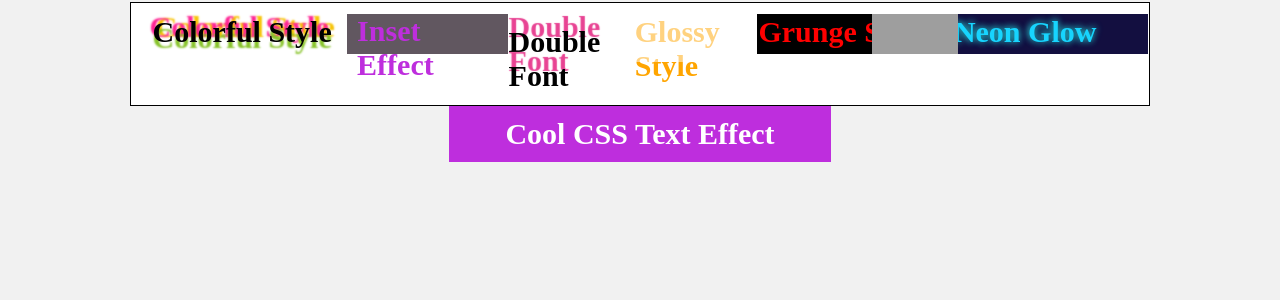
Repository: watermelonfee/HTCNWEB
Page: CSS/Tuan03/Bai2/Bai2b.html
An editor plug-in stored every save of this project. The page is shown before and after the next save, followed by the edit.
The browser window is 1280 px wide. The pictures show the whole page.
Pictures or frames that could not be fetched are drawn as grey boxes.

Above is the page before, as saved 2023-03-13 23:06:42.

After the next save:
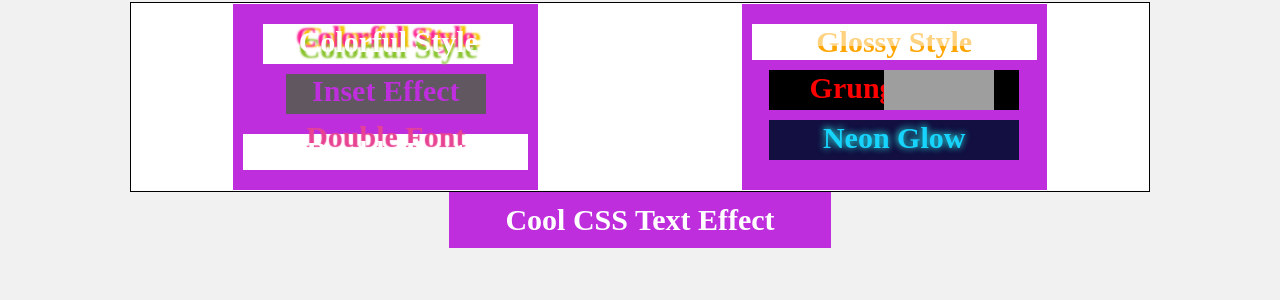
Saved 40 s later.
--- a/CSS/Tuan03/Bai2/Bai2b.html
+++ b/CSS/Tuan03/Bai2/Bai2b.html
@@ -9,21 +9,23 @@
 </head>
 
 <body>
-
-    <div id="content" id="content2">
-        <div id="divID1">Colorful Style</div>
-        <div id="divID2">Inset Effect</div>
-        <div id="divID3">Double Font</div>
-        <div id="divID4">
-            Glossy Style
-            <span id="divID4_span"></span>
+    <div id="content">
+        <div id="content2">
+            <div id="divID1">Colorful Style</div>
+            <div id="divID2">Inset Effect</div>
+            <div id="divID3">Double Font</div>
         </div>
-        <div id="divID5">
-            Grunge Style
-            <span id="divID5_span"></span>
+        <div id="content3">
+            <div id="divID4">
+                Glossy Style
+                <span id="divID4_span"></span>
+            </div>
+            <div id="divID5">
+                Grunge Style
+                <span id="divID5_span"></span>
+            </div>
+            <div id="divID6">Neon Glow</div>
         </div>
-        <div id="divID6">Neon Glow</div>
-    </div>
     </div>
     <div id="content2" class="container">
         <p>Cool CSS Text Effect</p>
